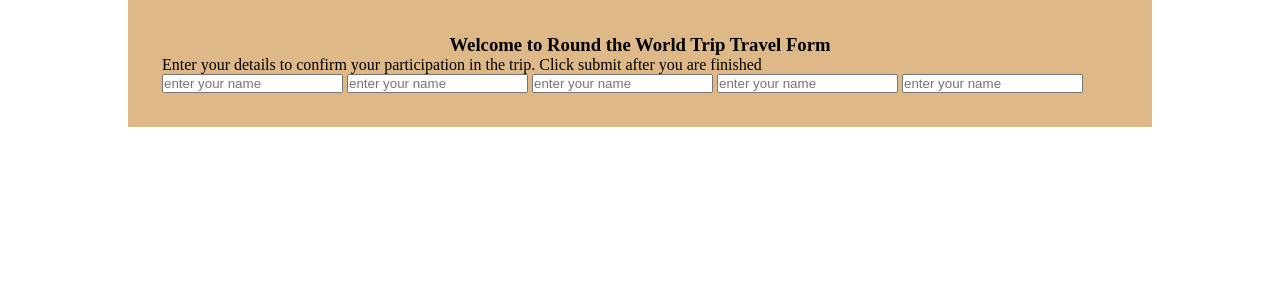
Repository: AvinashLikesToLearnNewStuff/TravelForm
Page: index.html
The author's editor kept a copy of each file at every save. The page is drawn from the files as they stood at one save, then again after the next save.
The browser window is 1280 px wide. The pictures show the whole page.

Above is the page before, as saved 2023-03-18 16:31:20.
Console error: SyntaxError: Unexpected token '<'

### index.html
<!DOCTYPE html>
<html lang="en">
  <head>
    <meta charset="UTF-8" />
    <meta http-equiv="X-UA-Compatible" content="IE=edge" />
    <meta name="viewport" content="width=device-width, initial-scale=1.0" />
    <title>Travel to new places</title>
    <link rel="stylesheet" href="style.css" />
  </head>
  <body>
    <div class="container">
      <h3>Welcome to Round the World Trip Travel Form</h3>
      <p>
        Enter your details to confirm your participation in the trip. Click
        submit after you are finished
      </p>

      <form action="index.php" method="post">
        <input
          type="text"
          name="name"
          id="name"
          placeholder="enter your name"
        />

        <input
          type="text"
          name="name"
          id="name"
          placeholder="enter your name"
        />

        <input
          type="text"
          name="name"
          id="name"
          placeholder="enter your name"
        />

        <input
          type="text"
          name="name"
          id="name"
          placeholder="enter your name"
        />

        <input
          type="text"
          name="name"
          id="name"
          placeholder="enter your name"
        />
      </form>
    </div>
    <script src="index.js"></script>
  </body>
</html>

### style.css
* {
    margin: 0px;
    padding: 0px;
    box-sizing: border-box;
}

.container {
    max-width: 80%;
    background-color: burlywood;
    padding: 34px;
    margin: auto;
}

.container h3 {
    text-align: center;
    margin: auto;
}

### index.js
<tab>i

After the next save:
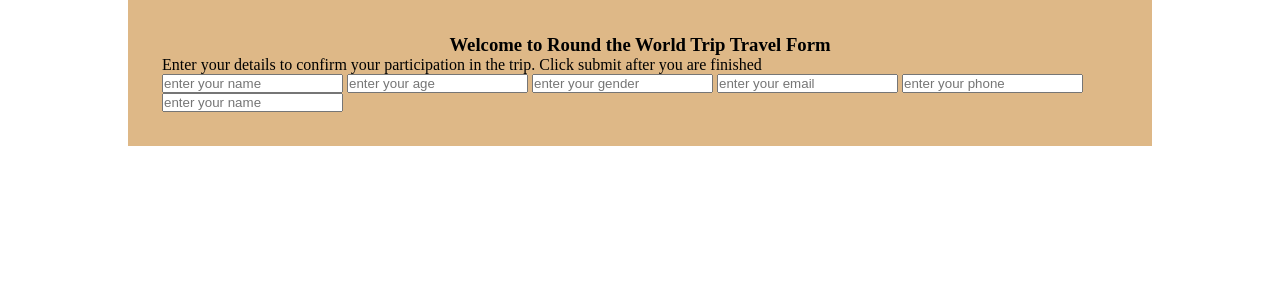
Saved 97 s later.
--- a/index.html
+++ b/index.html
@@ -23,25 +23,27 @@
           placeholder="enter your name"
         />
 
+        <input type="text" name="age" id="age" placeholder="enter your age" />
+
         <input
           type="text"
-          name="name"
-          id="name"
-          placeholder="enter your name"
+          name="gender"
+          id="gender"
+          placeholder="enter your gender"
         />
 
         <input
           type="text"
-          name="name"
-          id="name"
-          placeholder="enter your name"
+          name="email"
+          id="email"
+          placeholder="enter your email"
         />
 
         <input
           type="text"
-          name="name"
-          id="name"
-          placeholder="enter your name"
+          name="phone"
+          id="phone"
+          placeholder="enter your phone"
         />
 
         <input

After the 3 saves that followed:
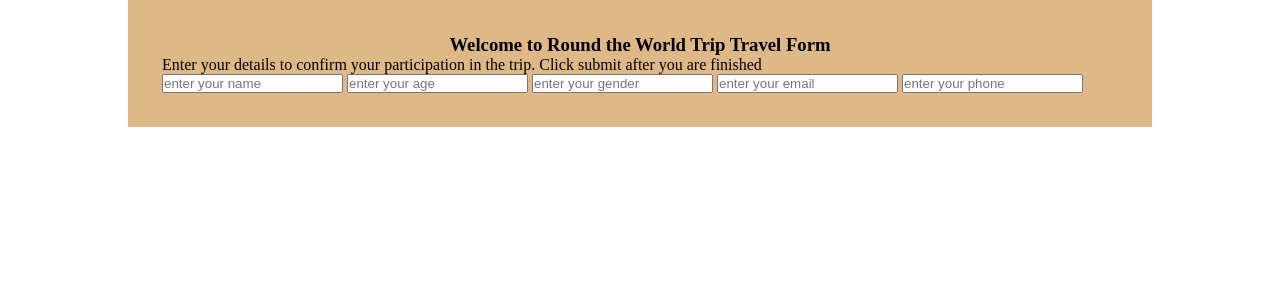
The 3 saves are shown as one change because 1 left the picture as it was and some came seconds apart.
The last was saved 29 s later.
--- a/index.html
+++ b/index.html
@@ -33,24 +33,17 @@
         />
 
         <input
-          type="text"
+          type="email"
           name="email"
           id="email"
           placeholder="enter your email"
         />
 
         <input
-          type="text"
+          type="phone"
           name="phone"
           id="phone"
           placeholder="enter your phone"
-        />
-
-        <input
-          type="text"
-          name="name"
-          id="name"
-          placeholder="enter your name"
         />
       </form>
     </div>
